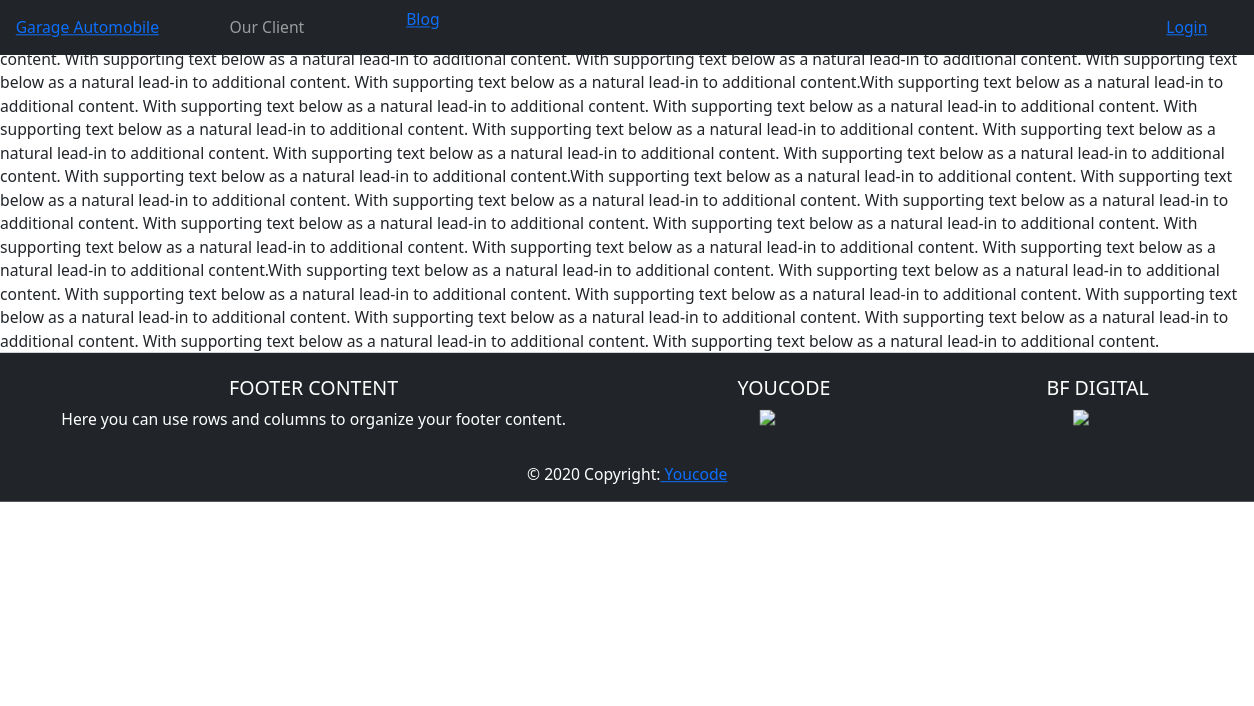
Repository: abdelhak-f/Fil-Rouge
Page: /register (app in client/)
The author's editor kept a copy of each file at every save. The page is drawn from the files as they stood at one save, then again after the next save.
The browser window is 1280 px wide. The pictures show the whole page, at 98% of full size.
The project was rebuilt for these pictures with package versions that can differ from the ones it lists, and the page was loaded fresh each time. Also part of the build but not shown: client/src/components/Text.jsx, client/src/components/forms/FirstFrontForm.jsx, client/src/components/Body.jsx, client/src/components/css/style.css, client/src/components/Blog.jsx, client/src/components/forms/FormGarage.jsx, client/src/components/loged/login/Login.jsx.

Above is the page before, as saved 2021-09-10 17:36:20.

### client/public/index.html
<!DOCTYPE html>
<html lang="en">
  <head>
    <meta charset="utf-8" />
    <link rel="icon" href="%PUBLIC_URL%/favicon.ico" />
    <meta name="viewport" content="width=device-width, initial-scale=1" />
    <meta name="theme-color" content="#000000" />
    <meta
      name="description"
      content="Web site created using create-react-app"
    />
    <!--   import bootstrao  -->
    <link
  rel="stylesheet"
  href="https://cdn.jsdelivr.net/npm/bootstrap@5.1.0/dist/css/bootstrap.min.css"
  integrity="sha384-KyZXEAg3QhqLMpG8r+8fhAXLRk2vvoC2f3B09zVXn8CA5QIVfZOJ3BCsw2P0p/We"
  crossorigin="anonymous"
  />

    <link rel="apple-touch-icon" href="%PUBLIC_URL%/logo192.png" />
    <!--
      manifest.json provides metadata used when your web app is installed on a
      user's mobile device or desktop. See https://developers.google.com/web/fundamentals/web-app-manifest/
    -->
    <link rel="manifest" href="%PUBLIC_URL%/manifest.json" />
    <!--
      Notice the use of %PUBLIC_URL% in the tags above.
      It will be replaced with the URL of the `public` folder during the build.
      Only files inside the `public` folder can be referenced from the HTML.

      Unlike "/favicon.ico" or "favicon.ico", "%PUBLIC_URL%/favicon.ico" will
      work correctly both with client-side routing and a non-root public URL.
      Learn how to configure a non-root public URL by running `npm run build`.
    -->
    <title>React App</title>
  </head>
  <body>
    <noscript>You need to enable JavaScript to run this app.</noscript>
    <div id="root"></div>
    <!--
      This HTML file is a template.
      If you open it directly in the browser, you will see an empty page.

      You can add webfonts, meta tags, or analytics to this file.
      The build step will place the bundled scripts into the <body> tag.

      To begin the development, run `npm start` or `yarn start`.
      To create a production bundle, use `npm run build` or `yarn build`.
    -->
  </body>
</html>

### client/src/index.js
import React from 'react';
import ReactDOM from 'react-dom';
import './index.css';
import App from './App';
import reportWebVitals from './reportWebVitals';

// import bootstrap
import 'bootstrap/dist/css/bootstrap.min.css';

ReactDOM.render(
  <React.StrictMode>
    <App />
  </React.StrictMode>,
  document.getElementById('root')
);

// If you want to start measuring performance in your app, pass a function
// to log results (for example: reportWebVitals(console.log))
// or send to an analytics endpoint. Learn more: https://bit.ly/CRA-vitals
reportWebVitals();

### client/src/App.js
// import './App.css';
import React from 'react';

import Navbar from './components/Nnavbar';
import Body from './components/Body';
import Footer from './components/Footer';
import Blog from './components/Blog';
import FormGarage from './components/forms/FormGarage'
import Login from './components/loged/login/Login';
import Register from './components/loged/register/Register';

import { BrowserRouter as Router, Switch, Route } from 'react-router-dom';






function App() {
  return (


    <>
<Router>

     <Navbar />




    <Switch>
    <Route  path="/" exact component={Body} />
    <Route  path="/Blog" component={Blog} />
    <Route  path="/FormGarage" component={FormGarage} />
    <Route  path="/login" component={Login} />
    <Route  path="/register" component={Register} />
    </Switch>

    <Footer/>
</Router>
    </>

  );
}

export default App;

### client/src/components/Nnavbar.jsx
import React from 'react';
import { NavLink } from 'react-router-dom';

import * as ReactBootstrap from 'react-bootstrap';









function Navbar() {
    return(
      <>

            <ReactBootstrap.Navbar className="mb-5" collapseOnSelect expand="lg" bg="dark" variant="dark" fixed="top">

 <NavLink className="mx-3" to="/">Garage Automobile</NavLink>
 <ReactBootstrap.Navbar.Toggle aria-controls="responsive-navbar-nav" />
 <ReactBootstrap.Navbar.Collapse id="responsive-navbar-nav">
   <ReactBootstrap.Nav className="me-auto">
     <ReactBootstrap.Nav.Link className="mx-5" href="#features">Our Client</ReactBootstrap.Nav.Link>
     <NavLink  className="px-5" to="/blog">Blog</NavLink>
     {/* <ReactBootstrap.NavDropdown title="Dropdown" id="collasible-nav-dropdown">
       <ReactBootstrap.NavDropdown.Item href="#action/3.1">Action</ReactBootstrap.NavDropdown.Item>
       <ReactBootstrap.NavDropdown.Item href="#action/3.2">Another action</ReactBootstrap.NavDropdown.Item>
       <ReactBootstrap.NavDropdown.Item href="#action/3.3">Something</ReactBootstrap.NavDropdown.Item>
       <ReactBootstrap.NavDropdown.Divider />
       <ReactBootstrap.NavDropdown.Item href="#action/3.4">Separated link</ReactBootstrap.NavDropdown.Item>
     </ReactBootstrap.NavDropdown> */}
   </ReactBootstrap.Nav>
   <ReactBootstrap.Nav>
     <NavLink  className="px-5"  to="/login"> Login</NavLink>
     {/* <ReactBootstrap.Nav.Link eventKey={2} href="#memes">
       Admin
     </ReactBootstrap.Nav.Link> */}
   </ReactBootstrap.Nav>
 </ReactBootstrap.Navbar.Collapse>

</ReactBootstrap.Navbar>





</>

    )
}

export default Navbar ;

### client/src/components/Footer.jsx
import React from "react";


function Footer () {
    return(
<footer  className="pt-4 page-footer font-small blue bg-dark ">
    <div className="text-center container-fluid text-md-left ">
        <div className="row">
            <div className="mt-3 text-white col-md-6 mt-md-0">
                <h5 className=" text-uppercase">Footer Content</h5>
                <p >Here you can use rows and columns to organize your footer content.</p>
            </div>

            <hr className="clearfix pb-0 w-100 d-md-none"/>

            <div className="mb-3 col-md-3 mb-md-0">
                <h5 className="text-white text-uppercase">Youcode</h5>
                <img src="" alt="logo" width={300} /></div>

            <div className="mb-3 col-md-3 mb-md-0">
                <h5 className="text-white text-uppercase " >BF Digital</h5>
                <img src="" alt="logo" width={300} />
            </div>
        </div>
    </div>

    <div className="py-3 text-center text-white footer-copyright " >© 2020 Copyright:
        <a href="https://www.youcode.ma/"> Youcode</a>
    </div>

</footer>
)

}

export default Footer

### client/src/components/loged/register/Register.jsx
import React from 'react'

function Register() {
    return (
        <div>
            With supporting text below as a natural lead-in to additional content.
                 With supporting text below as a natural lead-in to additional content.
                 With supporting text below as a natural lead-in to additional content.
                 With supporting text below as a natural lead-in to additional content.
                 With supporting text below as a natural lead-in to additional content.
                 With supporting text below as a natural lead-in to additional content.
                 With supporting text below as a natural lead-in to additional content.
                 With supporting text below as a natural lead-in to additional content.
                 With supporting text below as a natural lead-in to additional content.With supporting text below as a natural lead-in to additional content.
                 With supporting text below as a natural lead-in to additional content.
                 With supporting text below as a natural lead-in to additional content.
                 With supporting text below as a natural lead-in to additional content.
                 With supporting text below as a natural lead-in to additional content.
                 With supporting text below as a natural lead-in to additional content.
                 With supporting text below as a natural lead-in to additional content.
                 With supporting text below as a natural lead-in to additional content.
                 With supporting text below as a natural lead-in to additional content.With supporting text below as a natural lead-in to additional content.
                 With supporting text below as a natural lead-in to additional content.
                 With supporting text below as a natural lead-in to additional content.
                 With supporting text below as a natural lead-in to additional content.
                 With supporting text below as a natural lead-in to additional content.
                 With supporting text below as a natural lead-in to additional content.
                 With supporting text below as a natural lead-in to additional content.
                 With supporting text below as a natural lead-in to additional content.
                 With supporting text below as a natural lead-in to additional content.With supporting text below as a natural lead-in to additional content.
                 With supporting text below as a natural lead-in to additional content.
                 With supporting text below as a natural lead-in to additional content.
                 With supporting text below as a natural lead-in to additional content.
                 With supporting text below as a natural lead-in to additional content.
                 With supporting text below as a natural lead-in to additional content.
                 With supporting text below as a natural lead-in to additional content.
                 With supporting text below as a natural lead-in to additional content.
                 With supporting text below as a natural lead-in to additional content.
        </div>
    )
}

export default Register

Loaded but not shown: client/src/index.css (common file); client/src/reportWebVitals.js (common file)

After the next save:
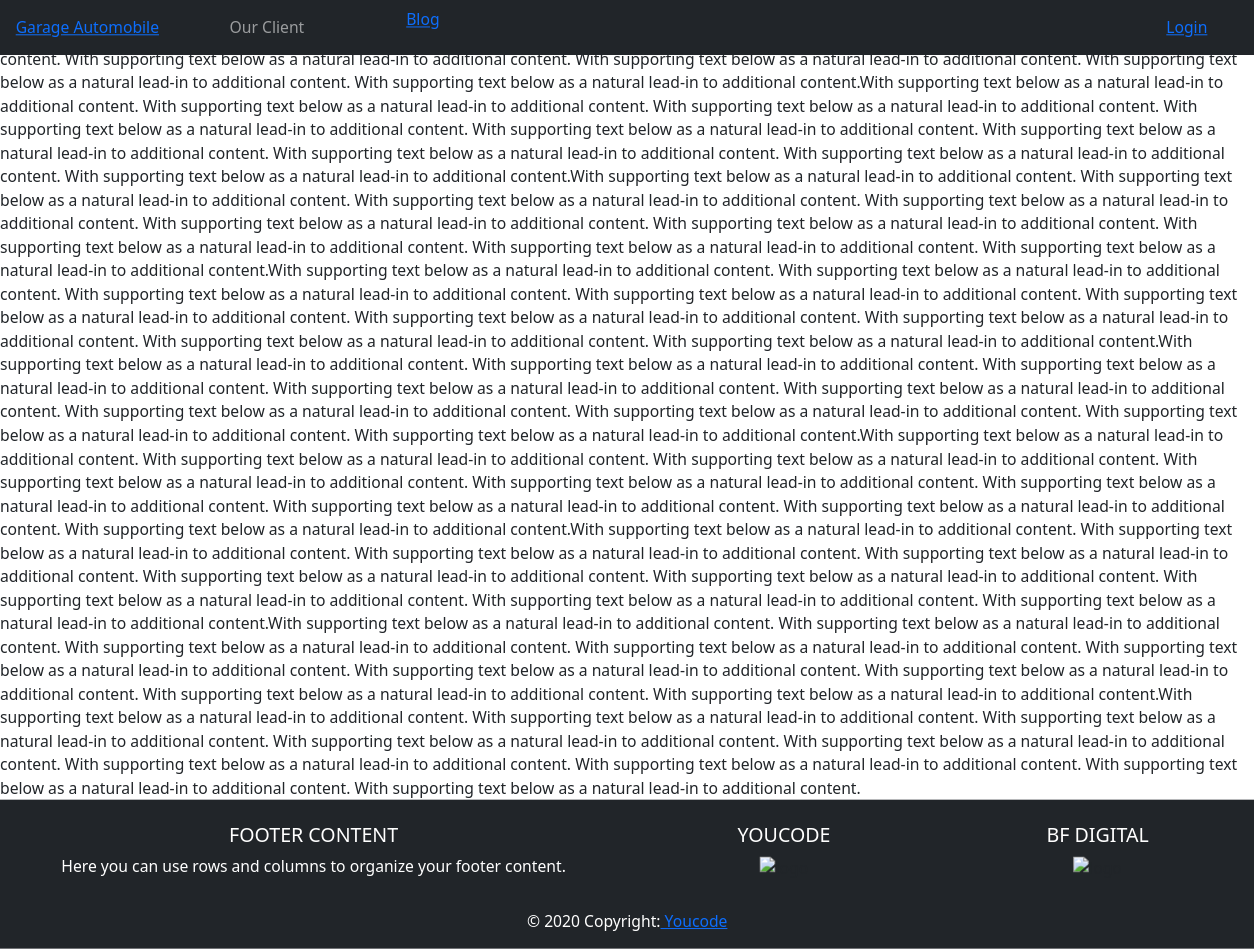
Saved 8 s later.
--- a/client/src/components/loged/register/Register.jsx
+++ b/client/src/components/loged/register/Register.jsx
@@ -35,6 +35,46 @@ function Register() {
                  With supporting text below as a natural lead-in to additional content.
                  With supporting text below as a natural lead-in to additional content.
                  With supporting text below as a natural lead-in to additional content.
+                 With supporting text below as a natural lead-in to additional content.With supporting text below as a natural lead-in to additional content.
+                 With supporting text below as a natural lead-in to additional content.
+                 With supporting text below as a natural lead-in to additional content.
+                 With supporting text below as a natural lead-in to additional content.
+                 With supporting text below as a natural lead-in to additional content.
+                 With supporting text below as a natural lead-in to additional content.
+                 With supporting text below as a natural lead-in to additional content.
+                 With supporting text below as a natural lead-in to additional content.
+                 With supporting text below as a natural lead-in to additional content.With supporting text below as a natural lead-in to additional content.
+                 With supporting text below as a natural lead-in to additional content.
+                 With supporting text below as a natural lead-in to additional content.
+                 With supporting text below as a natural lead-in to additional content.
+                 With supporting text below as a natural lead-in to additional content.
+                 With supporting text below as a natural lead-in to additional content.
+                 With supporting text below as a natural lead-in to additional content.
+                 With supporting text below as a natural lead-in to additional content.
+                 With supporting text below as a natural lead-in to additional content.With supporting text below as a natural lead-in to additional content.
+                 With supporting text below as a natural lead-in to additional content.
+                 With supporting text below as a natural lead-in to additional content.
+                 With supporting text below as a natural lead-in to additional content.
+                 With supporting text below as a natural lead-in to additional content.
+                 With supporting text below as a natural lead-in to additional content.
+                 With supporting text below as a natural lead-in to additional content.
+                 With supporting text below as a natural lead-in to additional content.
+                 With supporting text below as a natural lead-in to additional content.With supporting text below as a natural lead-in to additional content.
+                 With supporting text below as a natural lead-in to additional content.
+                 With supporting text below as a natural lead-in to additional content.
+                 With supporting text below as a natural lead-in to additional content.
+                 With supporting text below as a natural lead-in to additional content.
+                 With supporting text below as a natural lead-in to additional content.
+                 With supporting text below as a natural lead-in to additional content.
+                 With supporting text below as a natural lead-in to additional content.
+                 With supporting text below as a natural lead-in to additional content.With supporting text below as a natural lead-in to additional content.
+                 With supporting text below as a natural lead-in to additional content.
+                 With supporting text below as a natural lead-in to additional content.
+                 With supporting text below as a natural lead-in to additional content.
+                 With supporting text below as a natural lead-in to additional content.
+                 With supporting text below as a natural lead-in to additional content.
+                 With supporting text below as a natural lead-in to additional content.
+                 With supporting text below as a natural lead-in to additional content.
                  With supporting text below as a natural lead-in to additional content.
         </div>
     )
